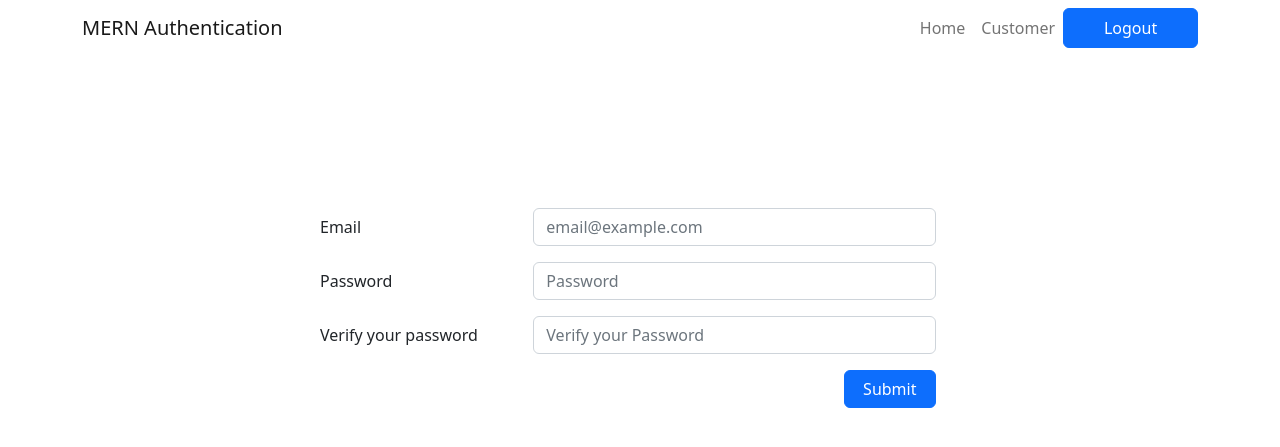
Repository: RubaHusam/MERN-Auth
Page: /register (app in frontend/)
These files come from the project's save history. The page is drawn as it stood at one moment and after the next save; the edit follows.
The browser window is 1280 px wide. The pictures show the whole page.
The page's requests for data from a server got no answer. The project was rebuilt for these pictures with package versions that can differ from the ones it lists, and the page was loaded fresh each time. No one was signed in, and anything a server would have sent is missing. Also part of the build but not shown: frontend/src/components/Auth/Login.js.

Above is the page before, as saved 2023-01-29 21:20:56.

After the next save:
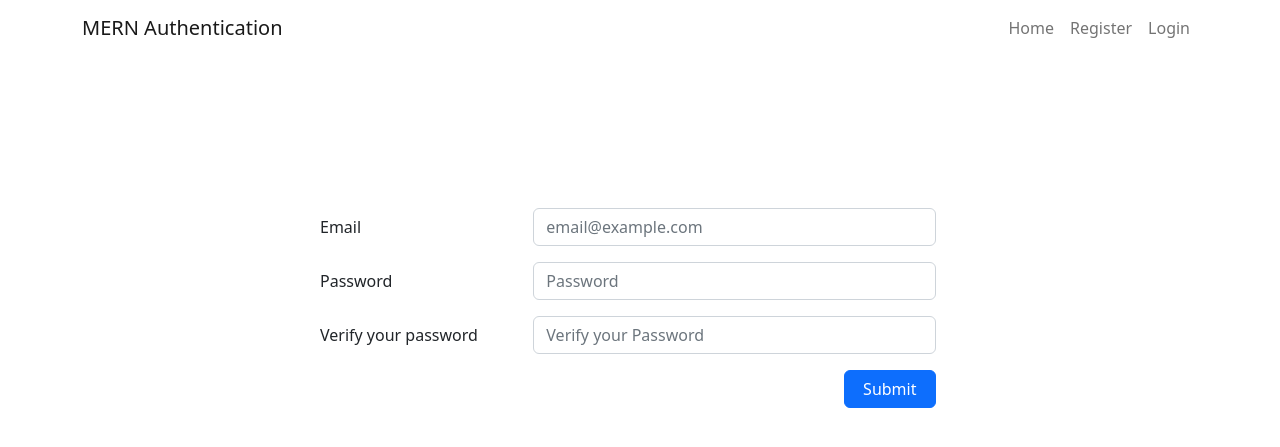
Saved 88 s later.
--- a/frontend/src/components/Layout/Header.js
+++ b/frontend/src/components/Layout/Header.js
@@ -27,7 +27,7 @@
               <Nav.Link as={Link} to='/' style={{ textDecoration: 'none' }}>
                 Home
               </Nav.Link>
-              {!loggedIn ? (
+              {loggedIn ? (
                 <>
                   <Nav.Link
                     as={Link}

After the save that followed:
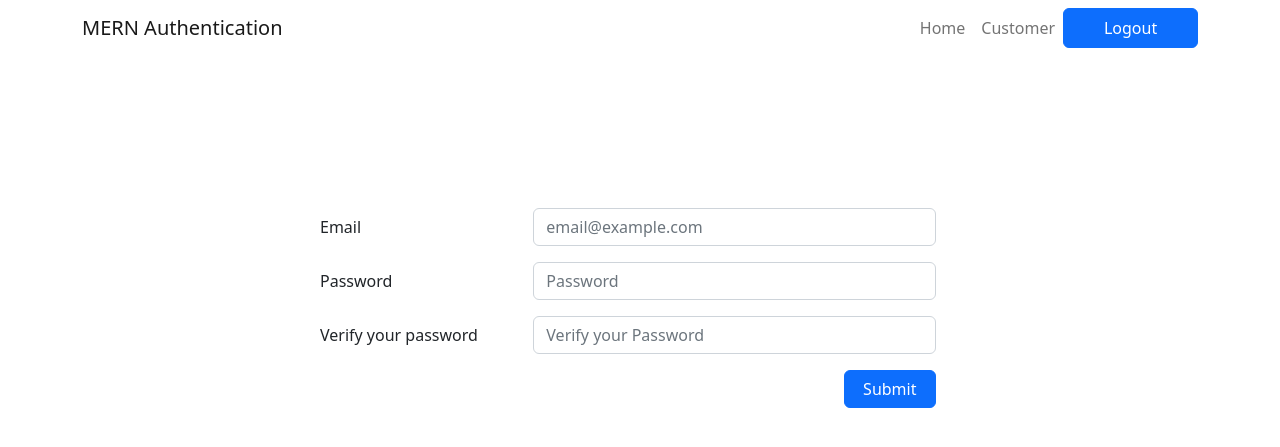
Saved 61 s later.
--- a/frontend/src/components/Layout/Header.js
+++ b/frontend/src/components/Layout/Header.js
@@ -27,7 +27,7 @@
               <Nav.Link as={Link} to='/' style={{ textDecoration: 'none' }}>
                 Home
               </Nav.Link>
-              {loggedIn ? (
+              {!loggedIn ? (
                 <>
                   <Nav.Link
                     as={Link}
